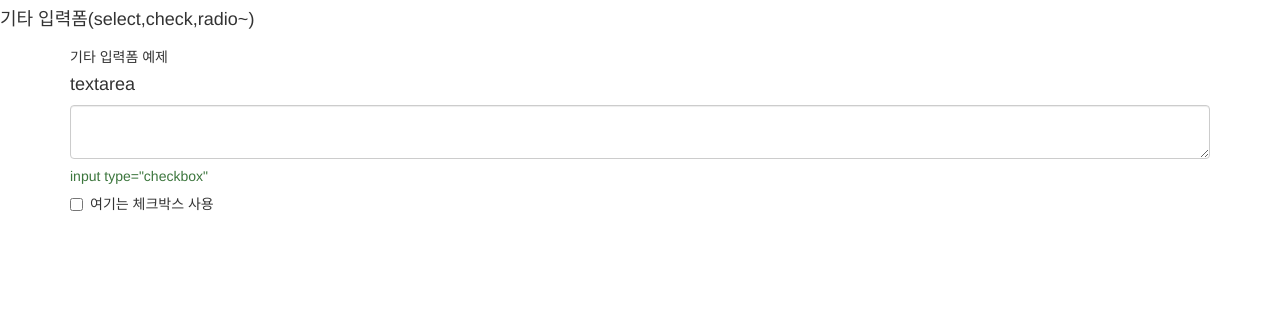
Repository: RYE415/4.jsp
Page: BootstrapTest/src/main/webapp/4.form/form3(select,check,radio~).html
These files come from the project's save history. The page is drawn as it stood at one moment and after the next save; the edit follows.
The browser window is 1280 px wide. The pictures show the whole page.
Some web libraries are served in a nearby version.

Above is the page before, as saved 2022-08-09 01:45:13.

After the next save:
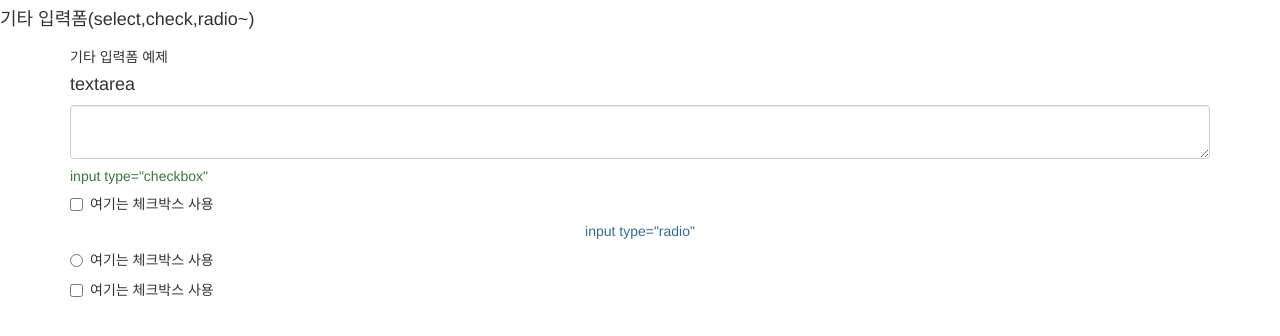
Saved 4 min 42 s later.
--- a/BootstrapTest/src/main/webapp/4.form/form3(select,check,radio~).html
+++ b/BootstrapTest/src/main/webapp/4.form/form3(select,check,radio~).html
@@ -42,6 +42,19 @@
     	 		<input type="checkbox" value="">여기는 체크박스 사용
     	 	</label>
     	 </div>
+    	 <!-- radio  -->
+    	  <h5 class="text-info text-center">input type="radio"</h5>
+    	 <div class="radio">
+    	 	<label>
+    	 		<input type="radio" value="">여기는 체크박스 사용
+    	 	</label>
+    	 </div>
+
+    	 <div class="checkbox">
+    	 	<label>
+    	 		<input type="checkbox" value="">여기는 체크박스 사용
+    	 	</label>
+    	 </div>
     </div>
 
 
